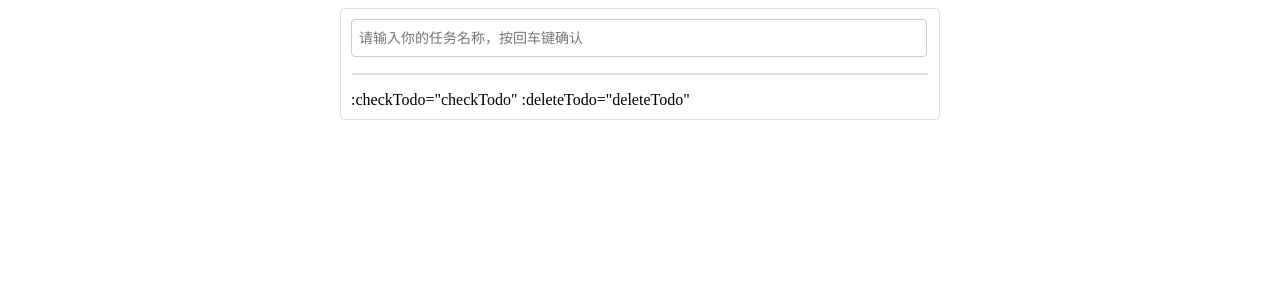
Repository: weiqsctj/TodoList
Page: /
An editor plug-in stored every save of this project. The page is shown before and after a run of saves, followed by the edit.
The browser window is 1280 px wide. The pictures show the whole page.
The project was rebuilt for these pictures with package versions that can differ from the ones it lists, and the page was loaded fresh each time. Also part of the build but not shown: vue.config.js, src/components/MyItem.vue.

Above is the page before, as saved 2022-01-06 16:49:35.

After the next 2 saves:
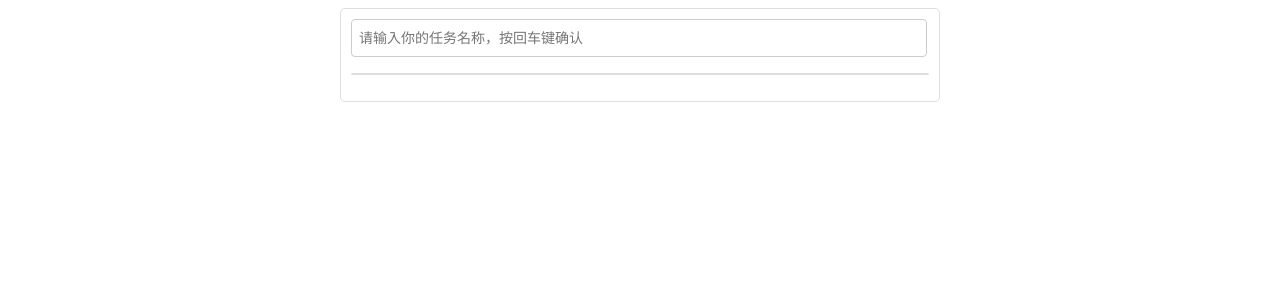
The 2 saves are shown as one change because they came seconds apart.
The last was saved 9 s later.
--- a/src/App.vue
+++ b/src/App.vue
@@ -4,8 +4,8 @@
 		<div class="todo-container">
 			<div class="todo-wrap">
 				<MyHeader :addTodo="addTodo"/>
-				<MyList :todos="todos" />
-				:checkTodo="checkTodo" :deleteTodo="deleteTodo"
+				<MyList :todos="todos"/>
+				<!-- :checkTodo="checkTodo" :deleteTodo="deleteTodo" -->
 
 				<MyFooter :todos="todos" :checkAllTodo="checkAllTodo" :clearAllTodo="clearAllTodo"/>
 			</div>
